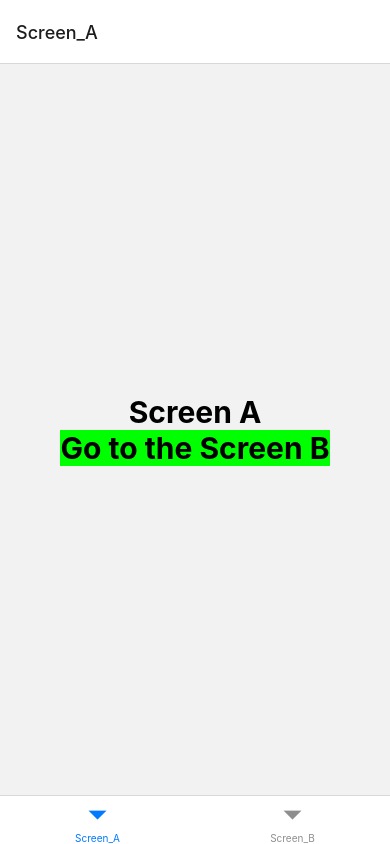
Repository: ntu34543/Navigation
Screen: /
These files come from the project's save history. The screen is drawn as it stood at one moment and after a run of saves; the edit follows.
The app was drawn by React Native's web renderer in a window 390 px wide. The project was rebuilt for these pictures with package versions that can differ from the ones it lists, and the page was loaded fresh each time. Also part of the build but not shown: component/ScreenB.js.

Above is the screen before, as saved 2022-09-19 22:52:55.

### App.js
import { StatusBar } from "expo-status-bar";
import { StyleSheet, Text, View, Pressable, TabBarIOSItem } from "react-native";
import { NavigationContainer } from "@react-navigation/native";
import { createStackNavigator } from "@react-navigation/stack";
import { createBottomTabNavigator } from "@react-navigation/bottom-tabs";
import ScreenA from "./component/ScreenA";
import ScreenB from "./component/ScreenB";
import FontAwesome5 from "react-native-vector-icons/FontAwesome5";

const Stack = createStackNavigator();
const Tab = createBottomTabNavigator();

export default function App() {
  return (
    <NavigationContainer>
      <Tab.Navigator
        // screenOptions={{ header: () => null }}
        screenOptions={({ route }) => ({
          tarBarIcon: ({ focused, size, color }) => {
            let iconName;
            if (route.name === "Screen_A") {
              iconName = 'autoprefixer';
              size = focused ? 25 : 20;
              color=focused ? '#f0f' : '#555';
            } else if (route.name === "Screen_B") {
              iconName = 'btc';
              size = focused ? 25 : 20;
              color=focused ? '#f0f' : '#555';
            }
            return <FontAwesome5 name={iconName} size={size} color={color} />;
          },
        })}
      >
        <Tab.Screen name="Screen_A" component={ScreenA} />
        {/* options={{header: () => null}} */}
        <Tab.Screen name="Screen_B" component={ScreenB} />
      </Tab.Navigator>
    </NavigationContainer>
  );
}

### component/ScreenA.js
import { StatusBar } from "expo-status-bar";
import { StyleSheet, Text, View, Pressable } from "react-native";

export default function ScreenA({ navigation }) {
  const onPressHandler = () => {
    navigation.navigate("Screen_B");
    // navigation.replace("Screen_B");
  };
  return (
    <View style={styles.body}>
      <Text style={styles.text}>Screen A</Text>
      <Pressable
        onPress={onPressHandler}
        style={({ pressed }) => ({
          backgroundColor: pressed ? "#ddd" : "#0f0",
        })}
      >
        <Text style={styles.text}>Go to the Screen B</Text>
      </Pressable>
    </View>
  );
}

const styles = StyleSheet.create({
  body: {
    flex: 1,
    justifyContent: "center",
    alignItems: "center",
  },
  text: {
    fontSize: 30,
    fontWeight: "bold",
  },
});

After the next 4 saves:
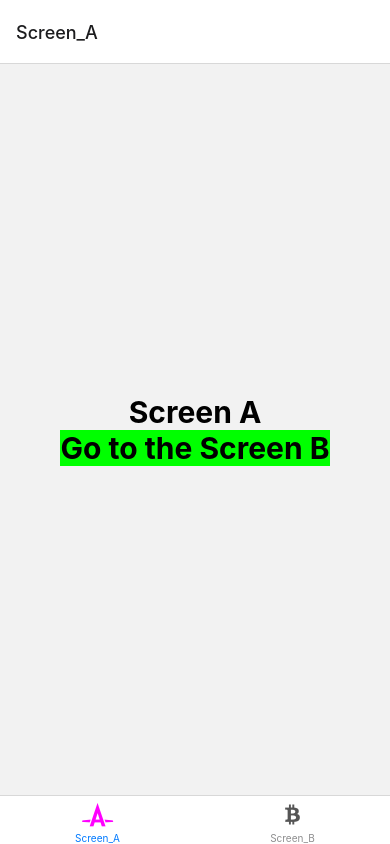
The 4 saves are shown as one change because they came seconds apart.
The last was saved 63 s later.
--- a/App.js
+++ b/App.js
@@ -16,7 +16,7 @@ export default function App() {
       <Tab.Navigator
         // screenOptions={{ header: () => null }}
         screenOptions={({ route }) => ({
-          tarBarIcon: ({ focused, size, color }) => {
+          tabBarIcon: ({ focused, size, color }) => {
             let iconName;
             if (route.name === "Screen_A") {
               iconName = 'autoprefixer';
